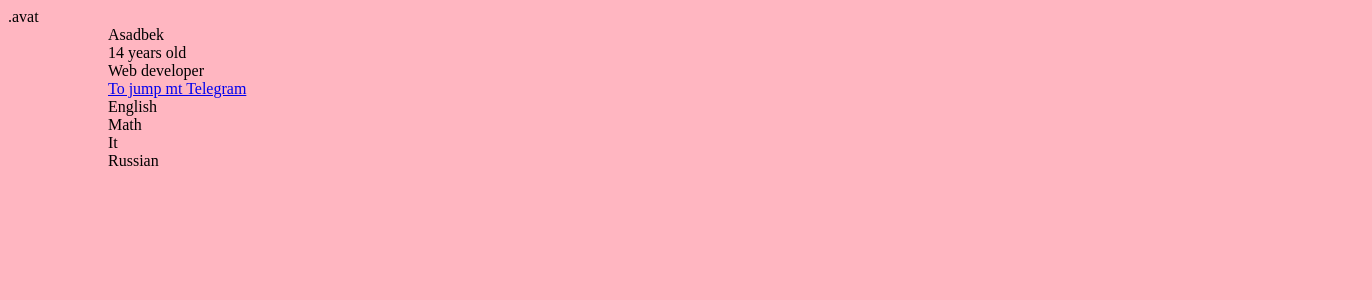
Repository: KHANas02/live-stream
Page: contact.html
An editor plug-in stored every save of this project. The page is shown before and after the next save, followed by the edit.
The browser window is 1280 px wide. The page is 1372 px wide, so the pictures cover 1372 px, including what lies to the right of the window. The pictures show the whole page.

Above is the page before, as saved 2024-03-25 07:40:33.

After the next save:
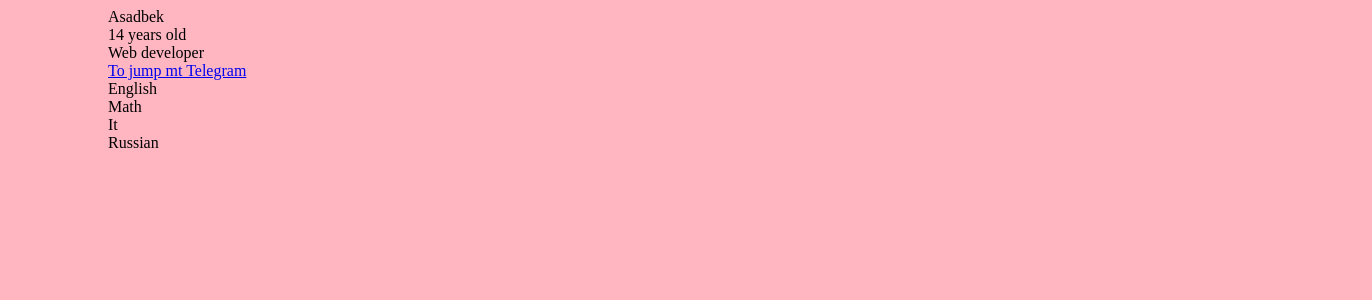
Saved 4 s later.
--- a/contact.html
+++ b/contact.html
@@ -27,7 +27,7 @@
 
     </style>
 <body>
-  .avat
+  <div class="avatar"></div>
   <div class="text">Asadbek <br>
 14 years old <br>
 Web developer <br>
